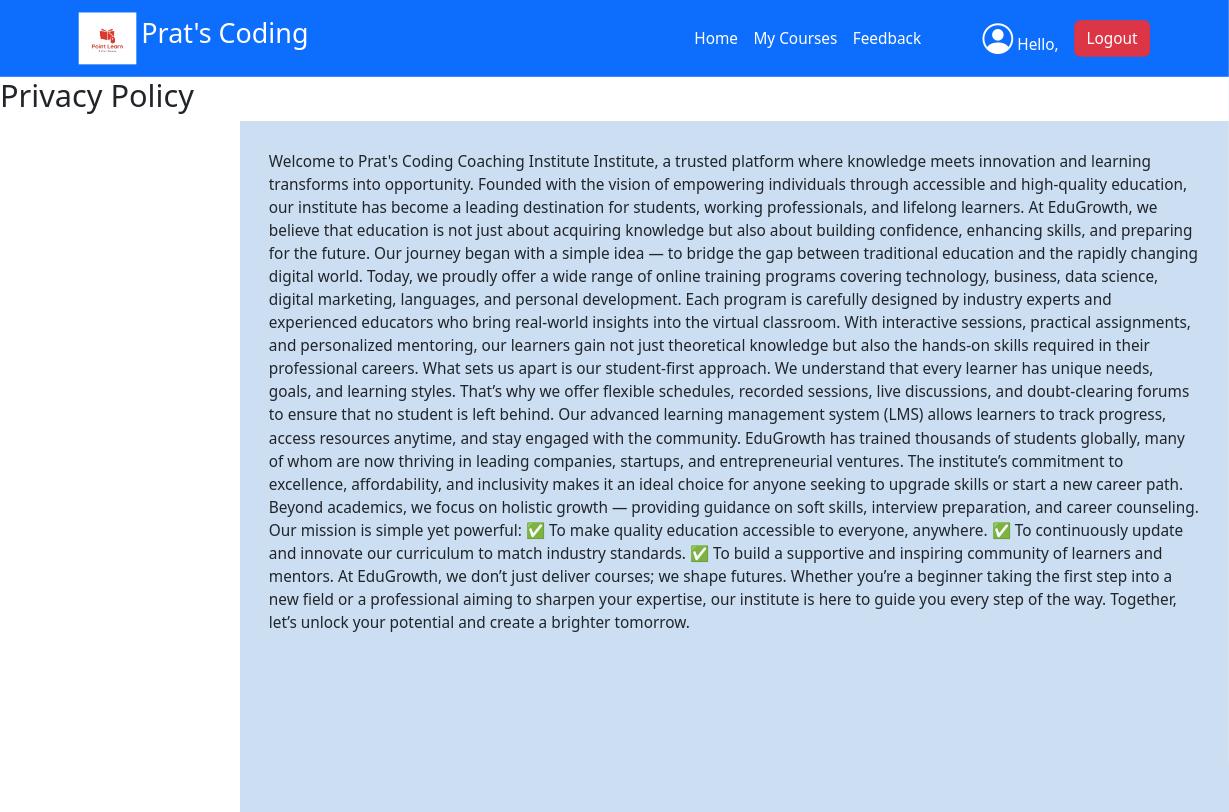
Repository: Pratikshae/OnlineLearningEPlatform
Page: http://localhost/privacy-policy
These files come from the project's save history. The page is drawn as it stood at one moment and after the next save; the edit follows.
The browser window is 1280 px wide. The pictures show the whole page, at 96% of full size.
The page is this project's Thymeleaf template; nobody is signed in. The template is opened directly, without the code that normally fills it, so the values that code supplies are empty.

Above is the page before, as saved 2025-09-22 09:41:39.

### EducationCRMProject/src/main/resources/templates/privacy-policy.html
<!DOCTYPE html>
<html lang="en" xmlns:th="http://www.thymeleaf.org">
<head>
<meta charset="utf-8" />
<meta name="viewport" content="width=device-width, initial-scale=1" />
<title>Privacy Policy</title>
<link
	href="https://cdn.jsdelivr.net/npm/bootstrap@5.3.7/dist/css/bootstrap.min.css"
	rel="stylesheet"
	integrity="sha384-LN+7fdVzj6u52u30Kp6M/trliBMCMKTyK833zpbD+pXdCLuTusPj697FH4R/5mcr"
	crossorigin="anonymous" />

<link rel="stylesheet"
	href="https://cdn.jsdelivr.net/npm/bootstrap-icons@1.13.1/font/bootstrap-icons.min.css">
<link rel="stylesheet" th:href="@{/css/style.css}">

</head>
<body>
	<div th:replace="~{fragments/user-header :: u-header}"></div>
	<h2 class="justify-content-center align-items-center">Privacy
		Policy</h2>

	<div class="main-content">
	   <p class="justify-content-center align-items-center" style="">
	    Welcome to Prat's Coding Coaching Institute
		Institute, a trusted platform where knowledge meets innovation and
		learning transforms into opportunity. Founded with the vision of
		empowering individuals through accessible and high-quality education,
		our institute has become a leading destination for students, working
		professionals, and lifelong learners. At EduGrowth, we believe that
		education is not just about acquiring knowledge but also about
		building confidence, enhancing skills, and preparing for the future.

		Our journey began with a simple idea — to bridge the gap between
		traditional education and the rapidly changing digital world. Today,
		we proudly offer a wide range of online training programs covering
		technology, business, data science, digital marketing, languages, and
		personal development. Each program is carefully designed by industry
		experts and experienced educators who bring real-world insights into
		the virtual classroom. With interactive sessions, practical
		assignments, and personalized mentoring, our learners gain not just
		theoretical knowledge but also the hands-on skills required in their
		professional careers. What sets us apart is our student-first
		approach. We understand that every learner has unique needs, goals,
		and learning styles. That’s why we offer flexible schedules, recorded
		sessions, live discussions, and doubt-clearing forums to ensure that
		no student is left behind. Our advanced learning management system
		(LMS) allows learners to track progress, access resources anytime, and
		stay engaged with the community. EduGrowth has trained thousands of
		students globally, many of whom are now thriving in leading companies,
		startups, and entrepreneurial ventures. The institute’s commitment to
		excellence, affordability, and inclusivity makes it an ideal choice
		for anyone seeking to upgrade skills or start a new career path.
		Beyond academics, we focus on holistic growth — providing guidance on
		soft skills, interview preparation, and career counseling. Our mission
		is simple yet powerful: ✅ To make quality education accessible to
		everyone, anywhere. ✅ To continuously update and innovate our
		curriculum to match industry standards. ✅ To build a supportive and
		inspiring community of learners and mentors. At EduGrowth, we don’t
		just deliver courses; we shape futures. Whether you’re a beginner
		taking the first step into a new field or a professional aiming to
		sharpen your expertise, our institute is here to guide you every step
		of the way. Together, let’s unlock your potential and create a
		brighter tomorrow.
		</p>

		</div>
</body>
</html>

### EducationCRMProject/src/main/resources/templates/fragments/user-header.html
<!-- fragments/header.html -->
<!DOCTYPE html>
<html xmlns:th="http://www.thymeleaf.org">
<body>
	<header th:fragment="u-header">
		<nav class="navbar navbar-expand-lg bg-primary">
			<div class="container">
				<a class="navbar-brand" href="/index"> <img
					src="images/logo.png" alt="Smart Programming Logo" width="60" /> <span
					class="h3 text-white">Prat's Coding</span>
				</a>
				<button class="navbar-toggler" type="button"
					data-bs-toggle="collapse" data-bs-target="#navbarSupportedContent"
					aria-controls="navbarSupportedContent" aria-expanded="false"
					aria-label="Toggle navigation">
					<span class="navbar-toggler-icon"></span>
				</button>
				<div class="collapse navbar-collapse" id="navbarSupportedContent">
					<ul class="navbar-nav ms-auto mb-2 mb-lg-0">
						<li class="nav-item"><a class="nav-link text-white"
							aria-current="page" href="/index">Home</a></li>
					</ul>
					<ul class="navbar-nav mb-2 mb-lg-0">
						<li class="nav-item"><a class="nav-link text-white"
							aria-current="page" href="/myCourses">My Courses</a></li>
					</ul>

					<ul class="navbar-nav mb-2 mb-lg-0">
						<li class="nav-item"><a class="nav-link text-white"
							aria-current="page" href="/provideFeedback">Feedback</a></li>
					</ul>

					<ul class="navbar-nav mb-2 mb-lg-0 ms-5">
						<li class="nav-item"><a class="nav-link text-white"
							aria-current="page" href="/userProfile"> <i
								class="bi bi-person-circle" style="font-size: 2rem;"></i> Hello,
								<span th:text="${sessionUser.name}"></span>
						</a></li>
					</ul>
					<a href="/login" class="btn btn-danger ms-2"> Logout </a>
				</div>
			</div>
		</nav>
	</header>
</body>
</html>

### EducationCRMProject/src/main/resources/static/css/style.css
.sidebar {
    width: 250px;
    background-color: black;
    position: fixed;
    top: 0;
    left: 0;
    height: 100%;
    z-index: 1000;   /* ensure it stays above content */
}

.sidebar .nav-link {
    color: white;
}
.sidebar .nav-link:hover {
	background-color: #1075e0;
}

.main-content {
    margin-left: 250px;
    width: calc(100% - 250px);
    padding: 30px;
    background:#cbdef2;
    min-height: 100vh;
    position: relative;
    z-index: 1;   /* ensure content sits beside, not behind */
}

After the next save:
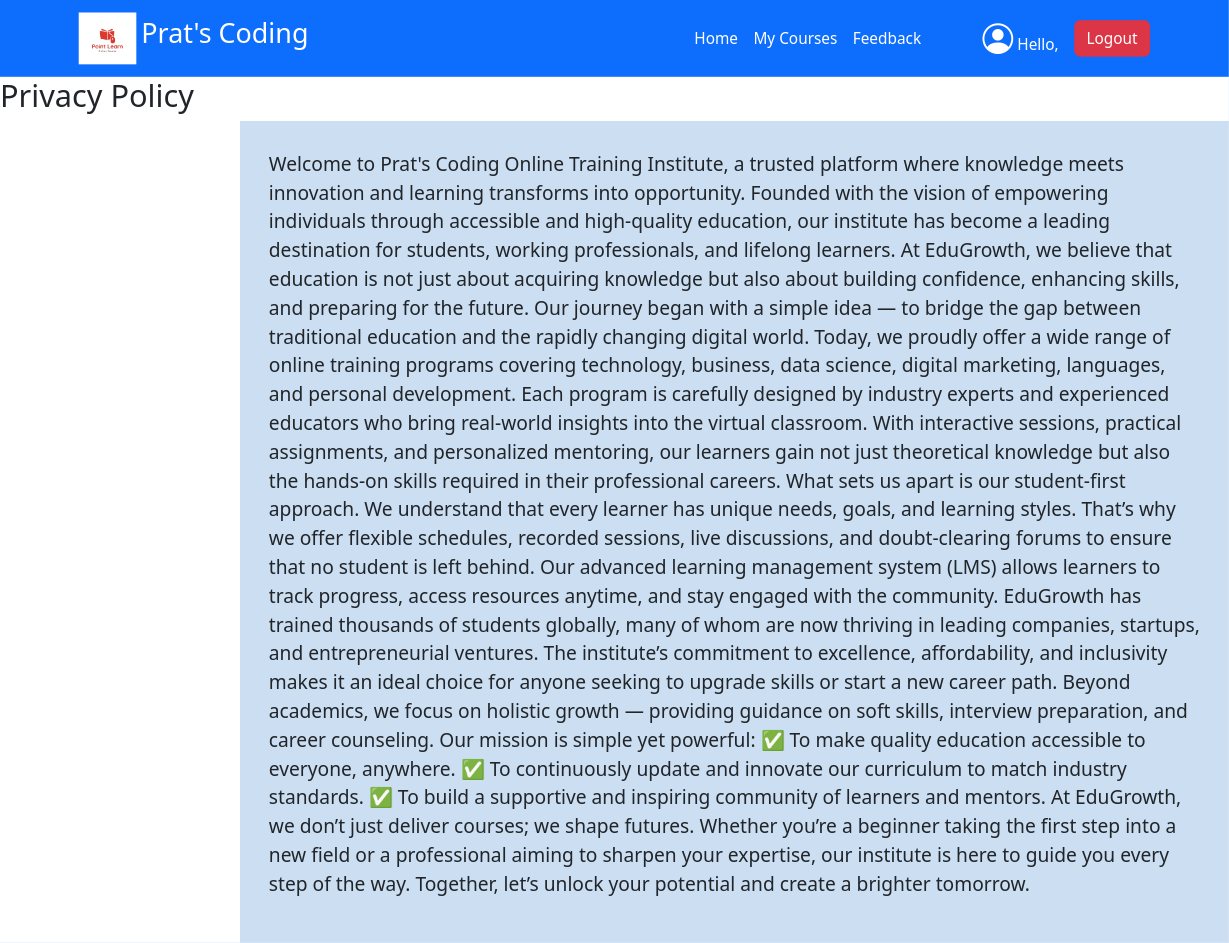
Saved 58 s later.
--- a/EducationCRMProject/src/main/resources/templates/privacy-policy.html
+++ b/EducationCRMProject/src/main/resources/templates/privacy-policy.html
@@ -21,8 +21,8 @@
 		Policy</h2>
 
 	<div class="main-content">
-	   <p class="justify-content-center align-items-center" style="">
-	    Welcome to Prat's Coding Coaching Institute
+	   <p class="justify-content-center align-items-center" style="font-size: 20px">
+	    Welcome to Prat's Coding Online Training
 		Institute, a trusted platform where knowledge meets innovation and
 		learning transforms into opportunity. Founded with the vision of
 		empowering individuals through accessible and high-quality education,
@@ -63,7 +63,6 @@
 		of the way. Together, let’s unlock your potential and create a
 		brighter tomorrow.
 		</p>
-
 		</div>
 </body>
 </html>
